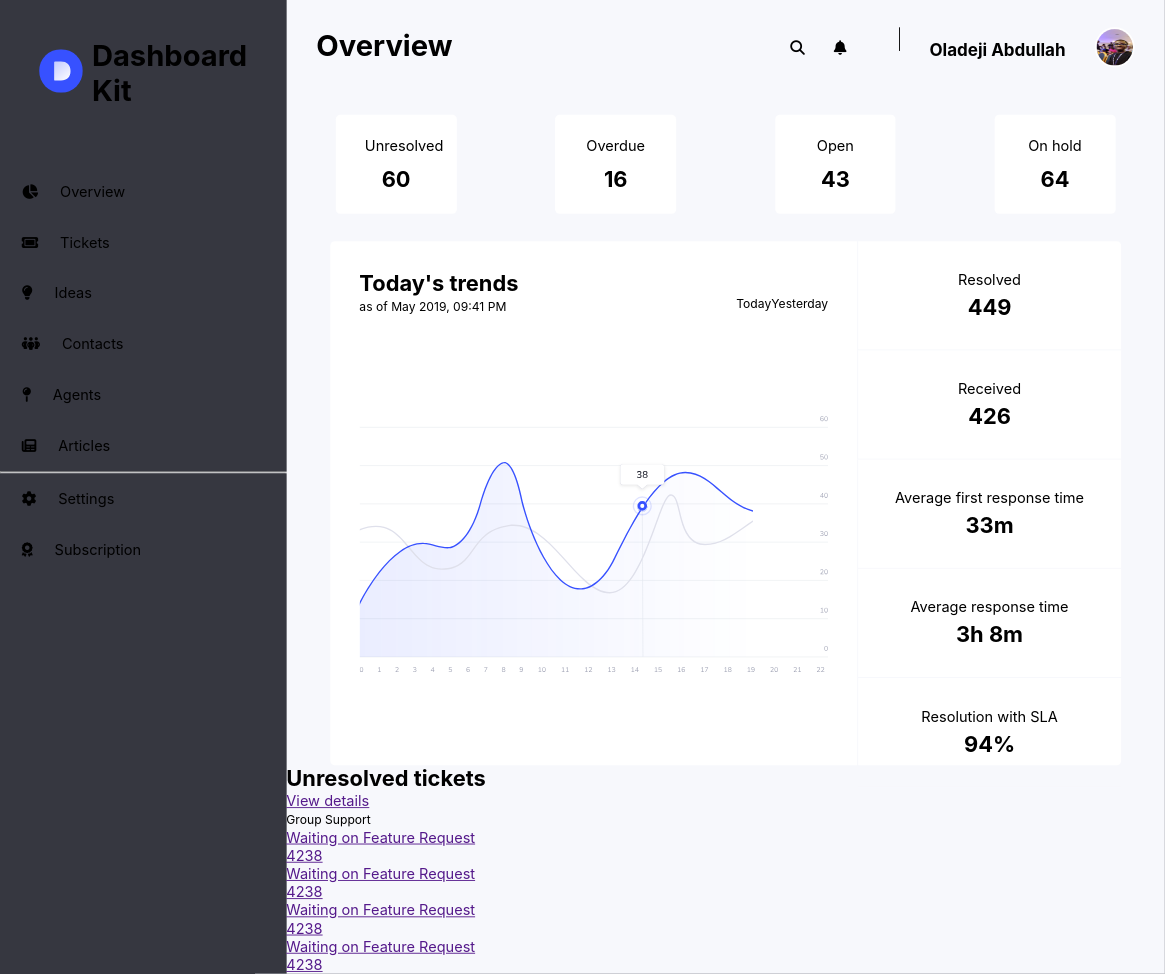
Repository: BuduCE/dashboard
Page: /
The author's editor kept a copy of each file at every save. The page is drawn from the files as they stood at one save, then again after a run of saves.
The browser window is 1280 px wide. The pictures show the whole page, at 91% of full size.
Some web libraries are served in a nearby version. The project was rebuilt for these pictures with package versions that can differ from the ones it lists, and the page was loaded fresh each time.

Above is the page before, as saved 2022-08-04 07:56:59.

After the next 2 saves:
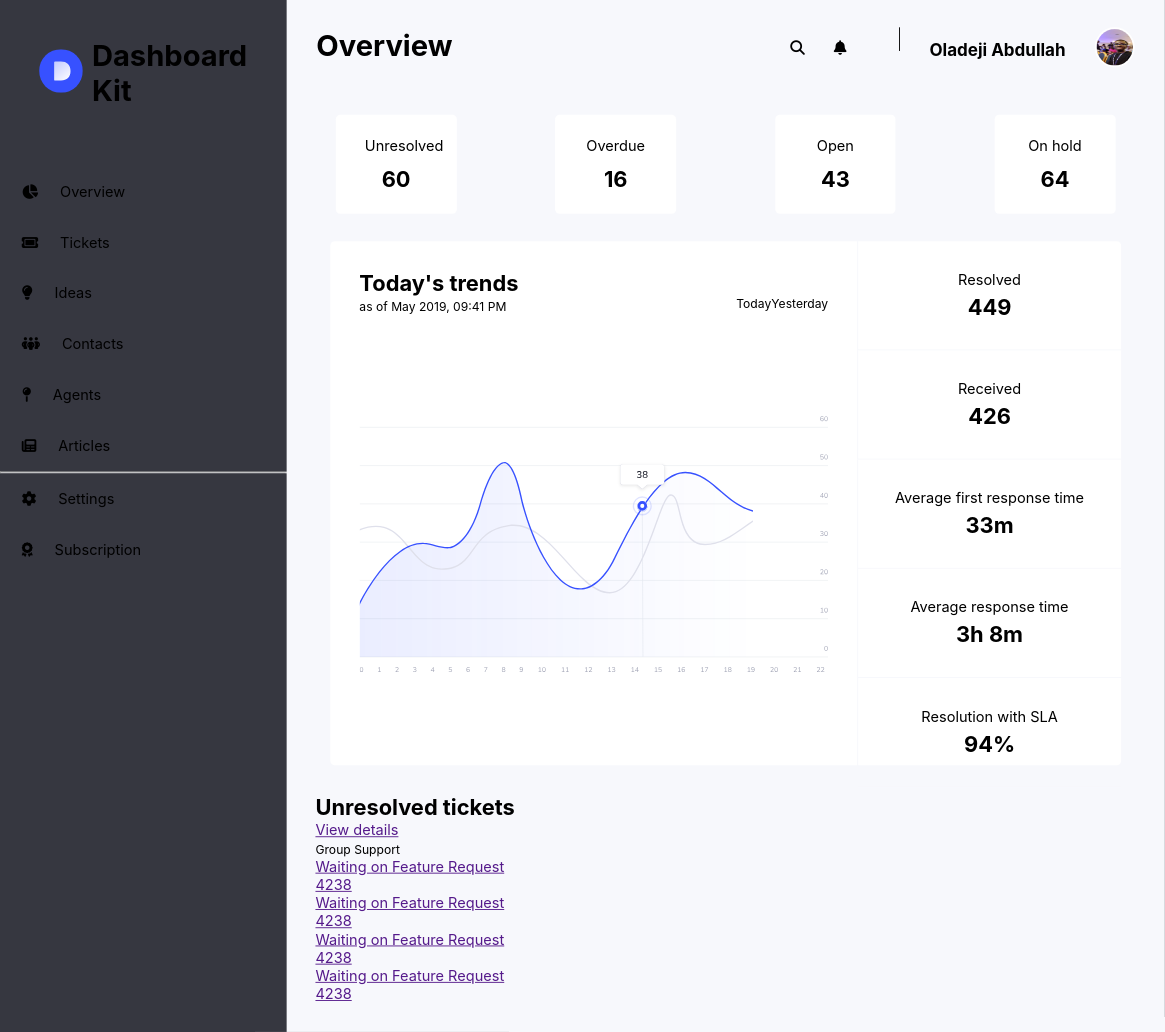
The 2 saves are shown as one change because they came seconds apart.
The last was saved 30 s later.
--- a/src/pages/Overview/styles.css
+++ b/src/pages/Overview/styles.css
@@ -74,5 +74,6 @@
     width: 80%;
 }
 .ticket{
+    padding: 32px;
 
 }
